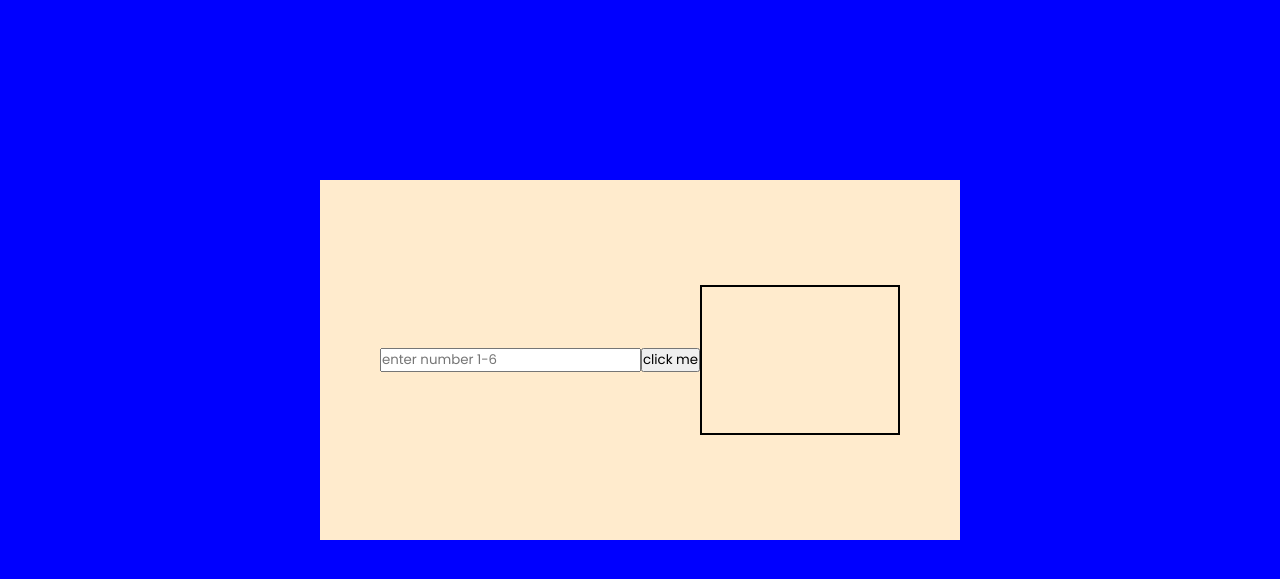
Repository: Seryozha02/Guessing-Game
Page: promise.html
The author's editor kept a copy of each file at every save. The page is drawn from the files as they stood at one save, then again after the next save.
The browser window is 1280 px wide. The pictures show the whole page.

Above is the page before, as saved 2022-02-21 23:22:26.

After the next save:
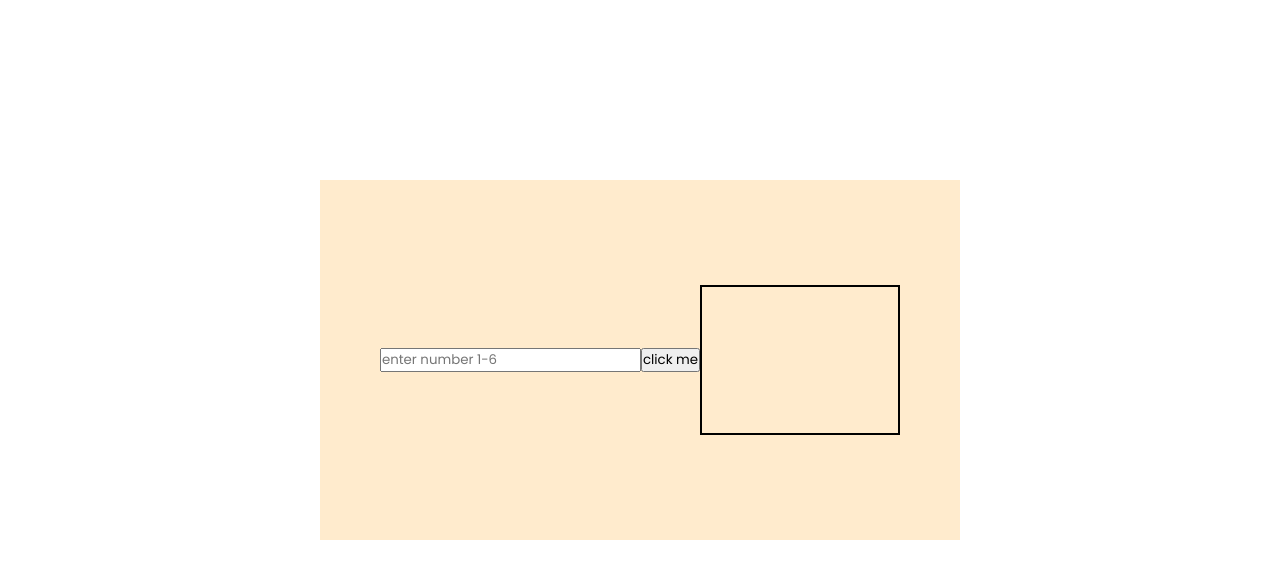
Saved 21 s later.
--- a/promise.css
+++ b/promise.css
@@ -7,7 +7,7 @@
 }
 
 .body {
-    background-color: blue;
+    background-color: ;
     position: absolute;
     width: 100%;
     height: 100%;
